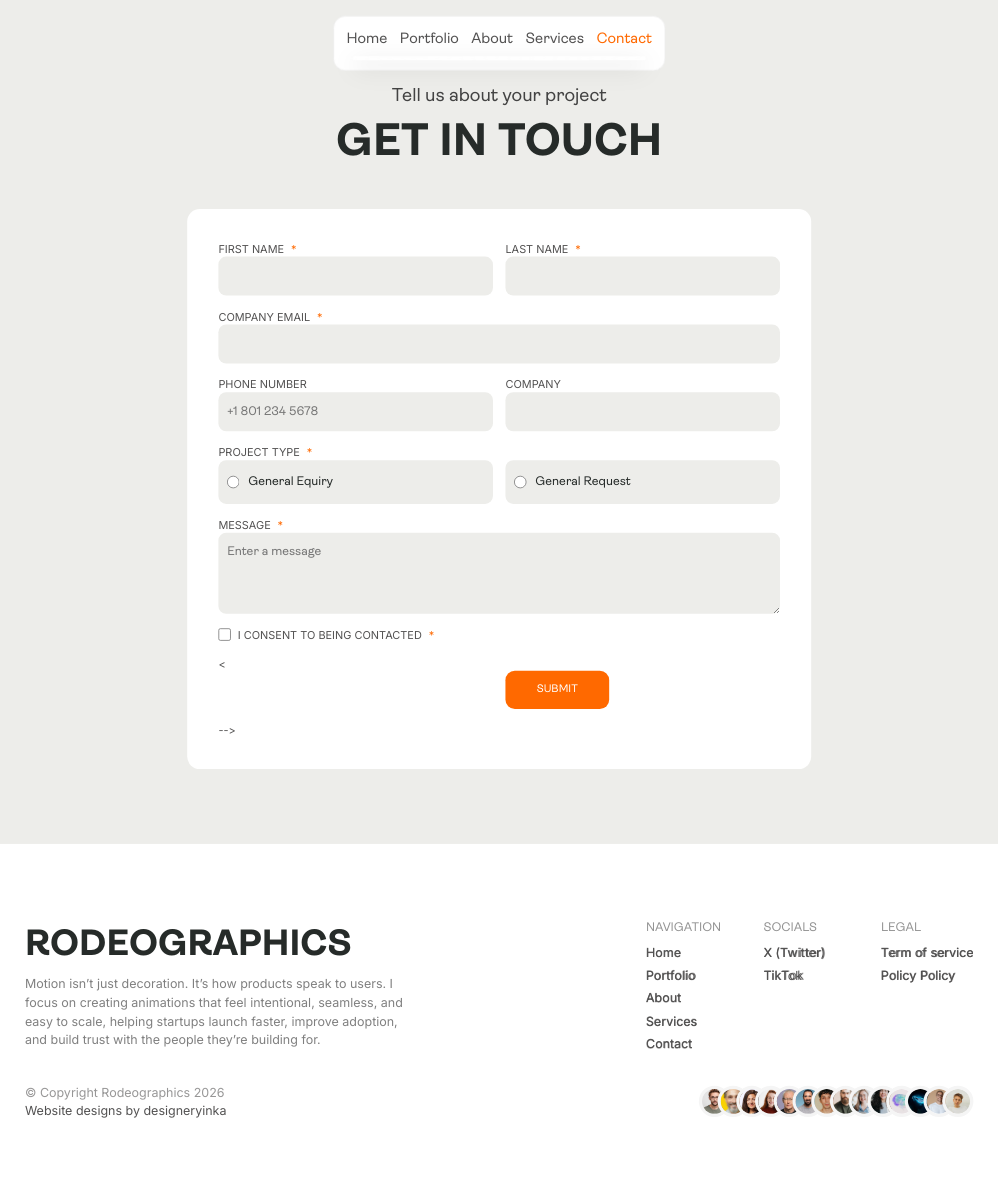
Repository: Ajeyinka/RodeoGraphics
Page: contact.html
The author's editor kept a copy of each file at every save. The page is drawn from the files as they stood at one save, then again after the next save.
The browser window is 1280 px wide. The pictures show the whole page, at 78% of full size.

Above is the page before, as saved 2026-02-21 23:35:51.
Console error: ReferenceError: gsap is not defined

### contact.html
<!DOCTYPE html>
<html lang="en">
  <head>
    <meta charset="UTF-8" />
    <meta name="viewport" content="width=device-width, initial-scale=1.0" />
    <title>Contact | Motion Design for Startups</title>

    <meta
      name="description"
      content="Get in touch to discuss motion design for your product, startup, or upcoming launch."
    />
    <meta property="og:title" content="Contact | Motion Design for Startups" />
    <meta
      property="og:description"
      content="Get in touch to discuss motion design for your product, startup, or upcoming launch."
    />
    <meta property="og:image" content="" />
    <meta property="og:type" content="website" />
    <meta property="og:url" content="" />
    <script src="script.js" defer></script>
    <link rel="stylesheet" href="style.css" />
    <link
      rel="shortcut icon"
      href="images/favicon.ico.png"
      sizes="32x32"
      type="image/png"
    />
  </head>
  <body>
    <nav class="section_nav">
      <div class="container_large">
        <div class="container_nav">
          <div class="two-col-flex">
            <div class="nav_brand">
              <a href="index.html" class="nav_brand-link">
                <span>Rodeographics</span>
              </a>
            </div>
            <a href="#" class="toggle_button" id="toggle_button">
              <span class="bar one"></span>
              <span class="bar two"></span>
            </a>
          </div>
          <!-- Brand / Logo -->

          <!-- Navigation Menu -->
          <div class="nav_menu">
            <ul class="nav_list">
              <li class="nav_item">
                <a href="index.html" class="nav_link">Home</a>
              </li>
              <li class="nav_item">
                <a href="portfolio.html" class="nav_link">Portfolio</a>
              </li>

              <li class="nav_item">
                <a href="about.html" class="nav_link">About</a>
              </li>

              <li class="nav_item">
                <a href="services.html" class="nav_link">Services</a>
              </li>

              <li class="nav_item">
                <a href="contact.html" class="nav_link">Contact</a>
              </li>
            </ul>
          </div>
        </div>
      </div>
    </nav>

    <main>
      <section class="section_contact">
        <div class="container_large">
          <div class="padding_global">
            <div class="form_component">
              <div class="title-top">
                <p class="tag">Tell us about your project</p>
                <h1>GET IN TOUCH</h1>
              </div>
            </div>
            <div class="form-block">
              <form
                novalidate
                action="https://formspree.io/f/xzdapnao"
                method="POST"
              >
                <div class="form-group">
                  <label for="fname">First Name</label>
                  <input
                    type="text"
                    name="first_name"
                    class="input"
                    id="fName"
                    required
                  />
                  <span class="error-message" aria-live="polite"></span>
                </div>
                <div class="form-group">
                  <label for="lname">Last Name</label>
                  <input
                    type="text"
                    name="last_name"
                    class="input"
                    id="lName"
                    required
                  />
                  <span class="error-message" aria-live="polite"></span>
                </div>
                <div class="form-group span-all">
                  <label for="email">Company Email</label>
                  <input
                    type="email"
                    name="company_email"
                    class="input"
                    data-error="Please enter a Valid email address"
                    id="email"
                    required
                  />
                  <span class="error-message" aria-live="polite"></span>
                </div>
                <div class="form-group">
                  <label for="tel"> Phone Number</label>
                  <input
                    type="tel"
                    class="input phone-input"
                    placeholder="+1 801 234 5678"
                    inputmode="tel"
                    autocomplete="tel"
                    id="tel"
                  />
                  <span class="error-message" aria-live="polite"></span>
                </div>

                <div class="form-group">
                  <label for="company">Company</label>

                  <input
                    type="text"
                    name="company"
                    class="input"
                    id="company"
                  />
                  <span class="error-message" aria-live="polite"></span>
                </div>

                <fieldset class="span-all">
                  <legend>Project Type</legend>

                  <div class="form-group">
                    <input
                      type="radio"
                      id="general"
                      name="project"
                      value="General Equiry"
                      required
                    />
                    <label for="general">General Equiry</label>
                  </div>

                  <div class="form-group">
                    <input
                      type="radio"
                      id="support"
                      name="project"
                      value="General Requesr"
                      required
                    />
                    <label for="support">General Request</label>
                  </div>
                  <span class="error-message" aria-live="polite"></span>
                </fieldset>

                <div class="form-group span-all">
                  <label for="message">Message</label>
                  <textarea
                    name="textarea"
                    id="textarea"
                    class="input"
                    placeholder="Enter a message"
                    required
                  ></textarea>
                  <span class="error-message" aria-live="polite"></span>
                </div>
                <div class="form-group span-all">
                  <input type="checkbox" name="consent" id="consent" required />
                  <label for="consent">I consent to being contacted</label>
                  <span class="error-message" aria-live="polite"></span>
                </div>

                <
                <div class="input-submit">
                  <button type="submit" class="button-submit button">
                    <span class="text text-primary">Submit</span>
                  </button>
                </div>
                -->
                <div class="form-success">
                  Thanks for reaching out. I’ll get back to you within 24 hours.
                </div>
              </form>
            </div>
          </div>
        </div>
      </section>
    </main>
    <footer>
      <div class="container_large">
        <div class="padding_global">
          <div class="footer-grid">
            <div class="footer-left">
              <h2>Rodeographics</h2>
              <p>
                Motion isn’t just decoration. It’s how products speak to users.
                I focus on creating animations that feel intentional, seamless,
                and easy to scale, helping startups launch faster, improve
                adoption, and build trust with the people they’re building for.
              </p>
            </div>
            <div class="footer-right">
              <div class="footer_link-wrapper">
                <div class="footer_links">
                  <h4>Navigation</h4>
                  <a href="index.html" class="footer_link">Home</a>
                  <a href="portfolio.html" class="footer_link">Portfolio</a>
                  <a href="about.html" class="footer_link">About</a>
                  <a href="services.html" class="footer_link">Services</a>
                  <a href="contact.html" class="footer_link">Contact</a>
                </div>
                <div class="footer_links">
                  <h4>Socials</h4>
                  <a href="https://x.com/designerola01" class="footer_link"
                    >X (Twitter)</a
                  >

                  <a
                    href="https://www.tiktok.com/@rodeodesigns?_r=1&_t=ZS-93MZgyCcf5N"
                    class="footer_link"
                    >TikTok</a
                  >
                </div>
                <div class="footer_links">
                  <h4>Legal</h4>
                  <a href="services.html" class="footer_link"
                    >Term of service</a
                  >

                  <a href="privacy.html" class="footer_link">Policy Policy</a>
                </div>
              </div>
            </div>
          </div>
          <div class="footer-bottom">
            <div>
              <p class="Copyright">© Copyright Rodeographics 2026</p>
              <a href="https://designeryinka.com/" target="_blank"
                >Website designs by designeryinka</a
              >
            </div>

            <div class="footer_proof">
              <img src="images/1.png" alt="" />
              <img src="images/2.png" alt="" />
              <img src="images/3.png" alt="" />
              <img src="images/4.png" alt="" />
              <img src="images/5.png" alt="" />
              <img src="images/6.png" alt="" />
              <img src="images/adewale.png" alt="" />
              <img src="images/adewale1.png" alt="" />
              <img src="images/adewale2.png" alt="" />
              <img src="images/adewale4.png" alt="" />
              <img src="images/adewalw5.png" alt="" />
              <img src="images/adewale6.png" alt="" />
              <img src="images/adewale7.png" alt="" />
              <img src="images/adewalw8.png" alt="" />
            </div>
          </div>
        </div>
      </div>
    </footer>
  </body>
  <script>
    (function () {
      "use strict";
      const form = document.querySelector("form");

      function validateField(field) {
        const errorEl = field.parentElement.querySelector(".error-message");
        if (!field.validity.valid) {
          errorEl.textContent = field.dataset.error || "This field is required";

          return false;
        }

        console.log("field is valid");
        return true;
      }
      form.addEventListener("submit", function (e) {
        e.preventDefault();

        let isValid = true;
        const fields = form.querySelectorAll("input, textarea");
        fields.forEach((field) => {
          const fieldValid = validateField(field);
          if (!fieldValid) {
            isValid = false;
          }
        });

        if (isValid) {
          console.log("red");
        } else {
          console.log("green");
        }
      });
    })();
  </script>
</html>

Loaded but not shown: script.js (338 lines, source omitted); style.css (1989 lines, source omitted)

After the next save:
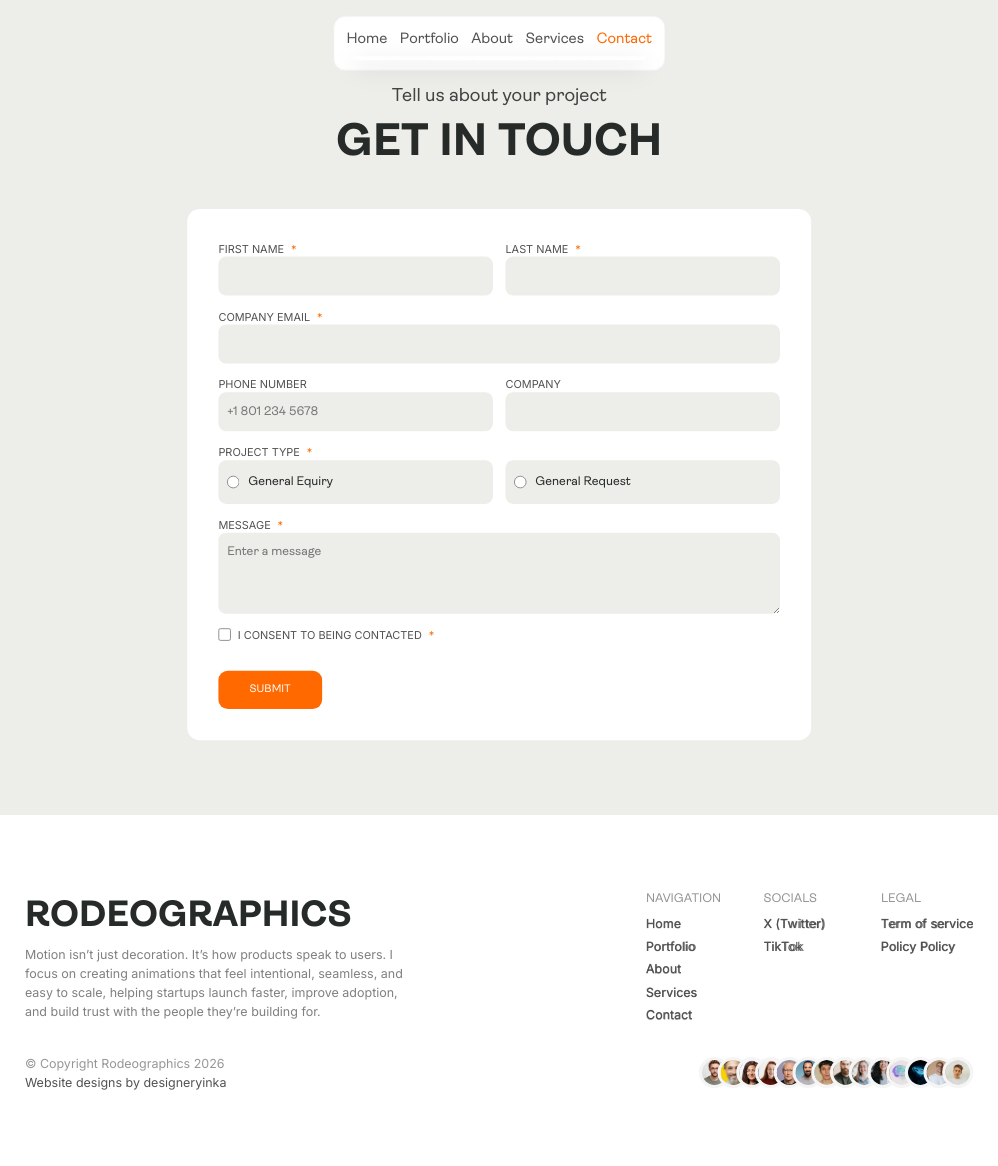
Saved 4 s later.
--- a/contact.html
+++ b/contact.html
@@ -189,13 +189,12 @@
                   <span class="error-message" aria-live="polite"></span>
                 </div>
 
-                <
                 <div class="input-submit">
                   <button type="submit" class="button-submit button">
                     <span class="text text-primary">Submit</span>
                   </button>
                 </div>
-                -->
+
                 <div class="form-success">
                   Thanks for reaching out. I’ll get back to you within 24 hours.
                 </div>
